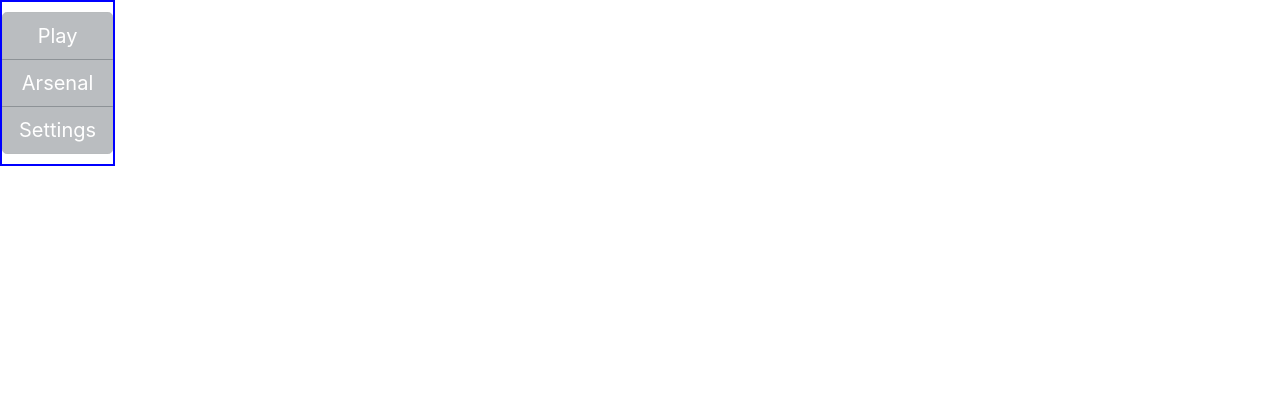
Repository: CoryChesebro/17b-2d-Racer
Page: 2DRacer/workspace/Bootstrap/MainMenu.html
The author's editor kept a record of every edit. The page is drawn from the files as they stood at one moment, then again after the next edit.
The browser window is 1280 px wide. The pictures show the whole page.

Above is the page before.
Console error: TypeError: Cannot read properties of undefined (reading 'fn')

After the next edit:
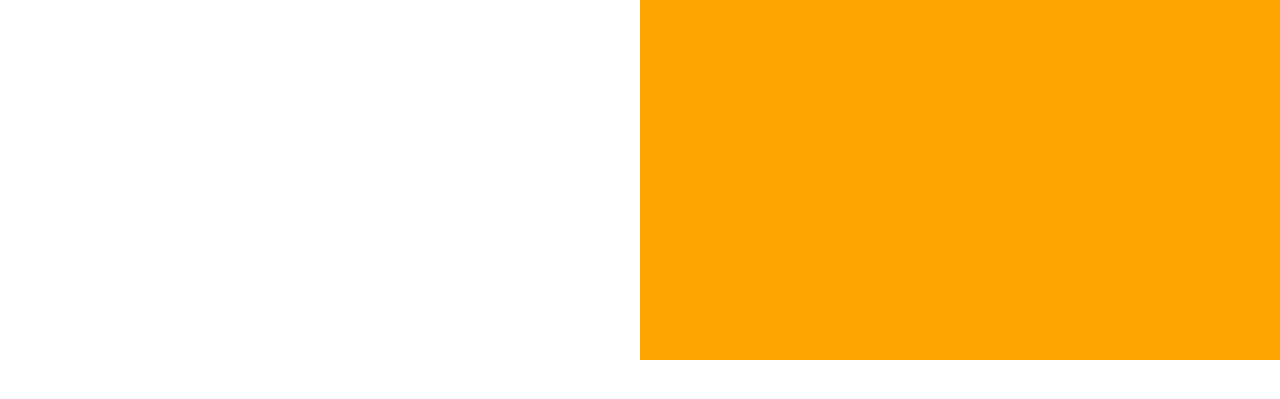
The edit:
--- a/2DRacer/workspace/Bootstrap/MainMenu.html
+++ b/2DRacer/workspace/Bootstrap/MainMenu.html
@@ -10,12 +10,12 @@
 </head>
 <body>
     <div class = "menu">
-        <div class="btn-group-vertical">
-            <a href="PlayMenu.html" class="btn btn-secondary btn-lg active" role="button" aria-pressed="true">Play</a>
-            <a href="ArsMenu.html" class="btn btn-secondary btn-lg active" role="button" aria-pressed="true">Arsenal</a>
-            <a href="SettMenu.html" class="btn btn-secondary btn-lg active" role="button" aria-pressed="true">Settings</a>
-        </div>
-        <div class="display">
+        <!--<div class="btn-group-vertical">-->
+        <!--    <a href="PlayMenu.html" class="btn btn-secondary btn-lg active" role="button" aria-pressed="true">Play</a>-->
+        <!--    <a href="ArsMenu.html" class="btn btn-secondary btn-lg active" role="button" aria-pressed="true">Arsenal</a>-->
+        <!--    <a href="SettMenu.html" class="btn btn-secondary btn-lg active" role="button" aria-pressed="true">Settings</a>-->
+        <!--</div>-->
+        <div class="image">
 
         </div>
     </div>
